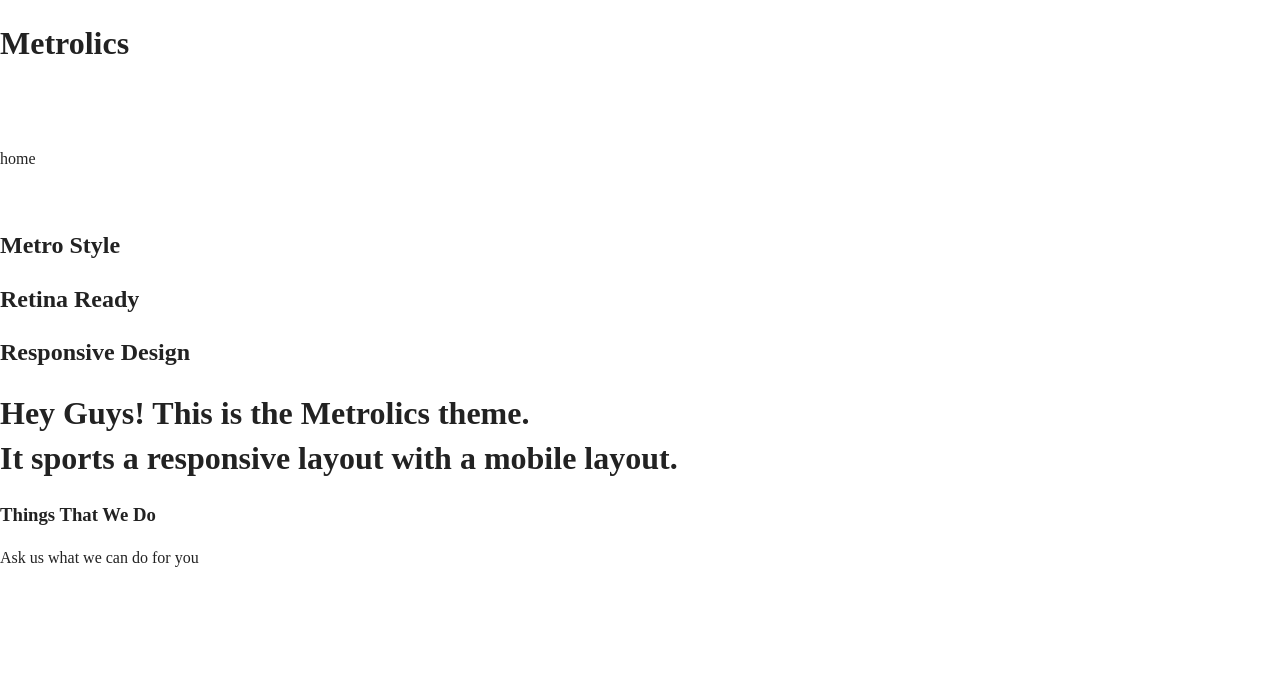
Repository: claudiashin/metrolics
Page: index.html
An editor plug-in stored every save of this project. The page is shown before and after the next save, followed by the edit.
The browser window is 1280 px wide. The pictures show the whole page.

Above is the page before, as saved 2021-01-27 14:30:46.

### index.html
<!doctype html>
<html class="no-js" lang="EN">

<head>
  <meta charset="utf-8">
  <title>MDIA 2003 Lab 3</title>
  <meta name="description" content="">
  <meta name="viewport" content="width=device-width, initial-scale=1">

  <link rel="manifest" href="site.webmanifest">
  <link rel="apple-touch-icon" href="icon.png">
  <!-- Place favicon.ico in the root directory -->

  <link rel="stylesheet" href="css/normalize.css">
  <link rel="stylesheet" href="css/main.css">
</head>

<body>
  <header>
    <div>
      <h1>Metrolics</h1>
      <img src="">
    </div>
  </header>

  <nav class="navbar">
    <div class="nav_container">
      <div class="nav_icon">
        <img src="">
        <p>home</p>
      </div>
    </div>
  </nav>

  <section class="main_container">
    <div class="heroimg">
      <img src="">
    </div>
    <div class="">
      <h2>Metro Style</h2>
      <h2>Retina Ready</h2>
      <h2>Responsive Design</h2>
    </div>
  </section>

  <section class="main_container">
    <h1>
      Hey Guys! This is the <span class="textcol">Metrolics</span> theme.<br>
      It sports a responsive layout with a mobile layout.
    </h1>
  </section>

  <section class="main_container">
    <div class="container">
      <h3>Things That We Do</h3>
      <p>Ask us what we can do for you</p>
    </div>
    <div class="container">
      <div class=""
    </div>

  </section>

  <section class="main_container">

  </section>

  <section class="main_container">

  </section>

  <article class="main_container">

  </article>

  <footer>

  </footer>
</body>

</html>

### css/main.css
/*! HTML5 Boilerplate v8.0.0 | MIT License | https://html5boilerplate.com/ */

/* main.css 2.1.0 | MIT License | https://github.com/h5bp/main.css#readme */
/*
 * What follows is the result of much research on cross-browser styling.
 * Credit left inline and big thanks to Nicolas Gallagher, Jonathan Neal,
 * Kroc Camen, and the H5BP dev community and team.
 */

/* ==========================================================================
   Base styles: opinionated defaults
   ========================================================================== */

html {
  color: #222;
  font-size: 1em;
  line-height: 1.4;
}

/*
 * Remove text-shadow in selection highlight:
 * https://twitter.com/miketaylr/status/12228805301
 *
 * Vendor-prefixed and regular ::selection selectors cannot be combined:
 * https://stackoverflow.com/a/16982510/7133471
 *
 * Customize the background color to match your design.
 */

::-moz-selection {
  background: #b3d4fc;
  text-shadow: none;
}

::selection {
  background: #b3d4fc;
  text-shadow: none;
}

/*
 * A better looking default horizontal rule
 */

hr {
  display: block;
  height: 1px;
  border: 0;
  border-top: 1px solid #ccc;
  margin: 1em 0;
  padding: 0;
}

/*
 * Remove the gap between audio, canvas, iframes,
 * images, videos and the bottom of their containers:
 * https://github.com/h5bp/html5-boilerplate/issues/440
 */

audio,
canvas,
iframe,
img,
svg,
video {
  vertical-align: middle;
}

/*
 * Remove default fieldset styles.
 */

fieldset {
  border: 0;
  margin: 0;
  padding: 0;
}

/*
 * Allow only vertical resizing of textareas.
 */

textarea {
  resize: vertical;
}

/* ==========================================================================
   Author's custom styles
   ========================================================================== */

/* ==========================================================================
   Helper classes
   ========================================================================== */

/*
 * Hide visually and from screen readers
 */

.hidden,
[hidden] {
  display: none !important;
}

/*
 * Hide only visually, but have it available for screen readers:
 * https://snook.ca/archives/html_and_css/hiding-content-for-accessibility
 *
 * 1. For long content, line feeds are not interpreted as spaces and small width
 *    causes content to wrap 1 word per line:
 *    https://medium.com/@jessebeach/beware-smushed-off-screen-accessible-text-5952a4c2cbfe
 */

.sr-only {
  border: 0;
  clip: rect(0, 0, 0, 0);
  height: 1px;
  margin: -1px;
  overflow: hidden;
  padding: 0;
  position: absolute;
  white-space: nowrap;
  width: 1px;
  /* 1 */
}

/*
 * Extends the .sr-only class to allow the element
 * to be focusable when navigated to via the keyboard:
 * https://www.drupal.org/node/897638
 */

.sr-only.focusable:active,
.sr-only.focusable:focus {
  clip: auto;
  height: auto;
  margin: 0;
  overflow: visible;
  position: static;
  white-space: inherit;
  width: auto;
}

/*
 * Hide visually and from screen readers, but maintain layout
 */

.invisible {
  visibility: hidden;
}

/*
 * Clearfix: contain floats
 *
 * For modern browsers
 * 1. The space content is one way to avoid an Opera bug when the
 *    `contenteditable` attribute is included anywhere else in the document.
 *    Otherwise it causes space to appear at the top and bottom of elements
 *    that receive the `clearfix` class.
 * 2. The use of `table` rather than `block` is only necessary if using
 *    `:before` to contain the top-margins of child elements.
 */

.clearfix::before,
.clearfix::after {
  content: " ";
  display: table;
}

.clearfix::after {
  clear: both;
}

/* ==========================================================================
   EXAMPLE Media Queries for Responsive Design.
   These examples override the primary ('mobile first') styles.
   Modify as content requires.
   ========================================================================== */

@media only screen and (min-width: 35em) {
  /* Style adjustments for viewports that meet the condition */
}

@media print,
  (-webkit-min-device-pixel-ratio: 1.25),
  (min-resolution: 1.25dppx),
  (min-resolution: 120dpi) {
  /* Style adjustments for high resolution devices */
}

/* ==========================================================================
   Print styles.
   Inlined to avoid the additional HTTP request:
   https://www.phpied.com/delay-loading-your-print-css/
   ========================================================================== */

@media print {
  *,
  *::before,
  *::after {
    background: #fff !important;
    color: #000 !important;
    /* Black prints faster */
    box-shadow: none !important;
    text-shadow: none !important;
  }

  a,
  a:visited {
    text-decoration: underline;
  }

  a[href]::after {
    content: " (" attr(href) ")";
  }

  abbr[title]::after {
    content: " (" attr(title) ")";
  }

  /*
   * Don't show links that are fragment identifiers,
   * or use the `javascript:` pseudo protocol
   */
  a[href^="#"]::after,
  a[href^="javascript:"]::after {
    content: "";
  }

  pre {
    white-space: pre-wrap !important;
  }

  pre,
  blockquote {
    border: 1px solid #999;
    page-break-inside: avoid;
  }

  /*
   * Printing Tables:
   * https://web.archive.org/web/20180815150934/http://css-discuss.incutio.com/wiki/Printing_Tables
   */
  thead {
    display: table-header-group;
  }

  tr,
  img {
    page-break-inside: avoid;
  }

  p,
  h2,
  h3 {
    orphans: 3;
    widows: 3;
  }

  h2,
  h3 {
    page-break-after: avoid;
  }
}

Loaded but not shown: css/normalize.css (library)

After the next save:
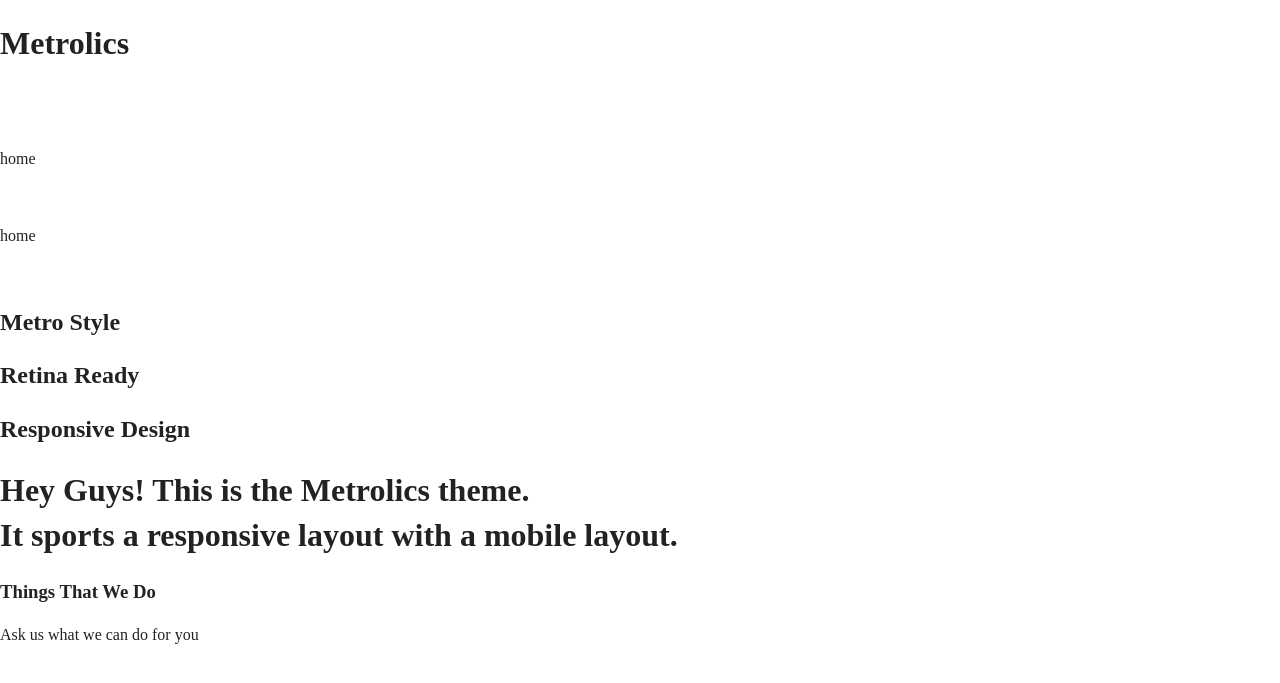
Saved 29 s later.
--- a/index.html
+++ b/index.html
@@ -25,6 +25,10 @@
 
   <nav class="navbar">
     <div class="nav_container">
+      <div class="nav_icon">
+        <img src="">
+        <p>home</p>
+      </div>
       <div class="nav_icon">
         <img src="">
         <p>home</p>
